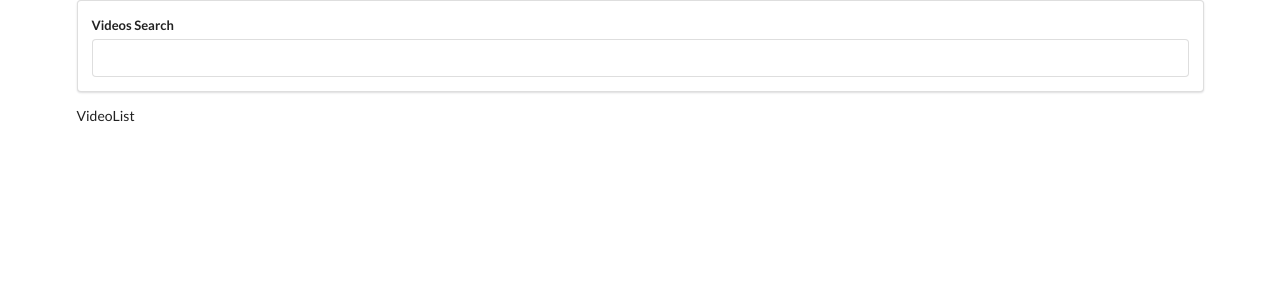
Repository: striver-69/VideoStreaming-Hooks-
Page: /
The author's editor kept a copy of each file at every save. The page is drawn from the files as they stood at one save, then again after the next save.
The browser window is 1280 px wide. The pictures show the whole page.
The project was rebuilt for these pictures with package versions that can differ from the ones it lists, and the page was loaded fresh each time.

Above is the page before, as saved 2021-03-03 19:45:27.

After the next save:
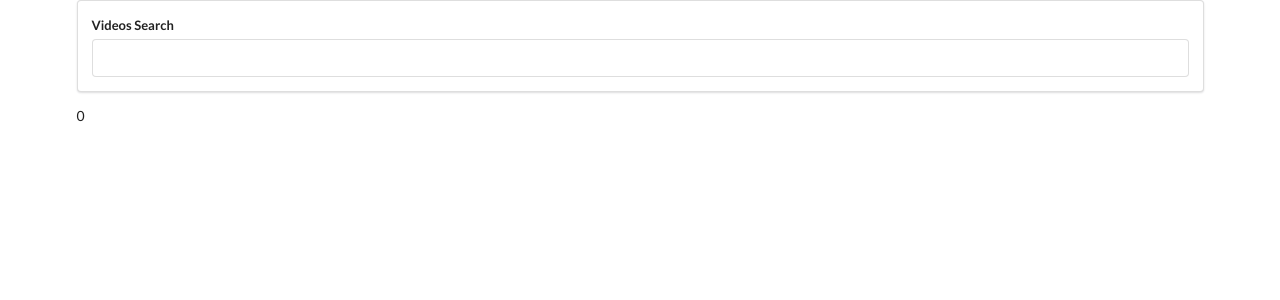
Saved 33 s later.
--- a/src/components/VideoList.js
+++ b/src/components/VideoList.js
@@ -3,7 +3,7 @@ import React from 'react'
 export default function VideoList(props) {
   return (
     <div>
-      VideoList
+      {props.videos.length}
     </div>
   )
 }
